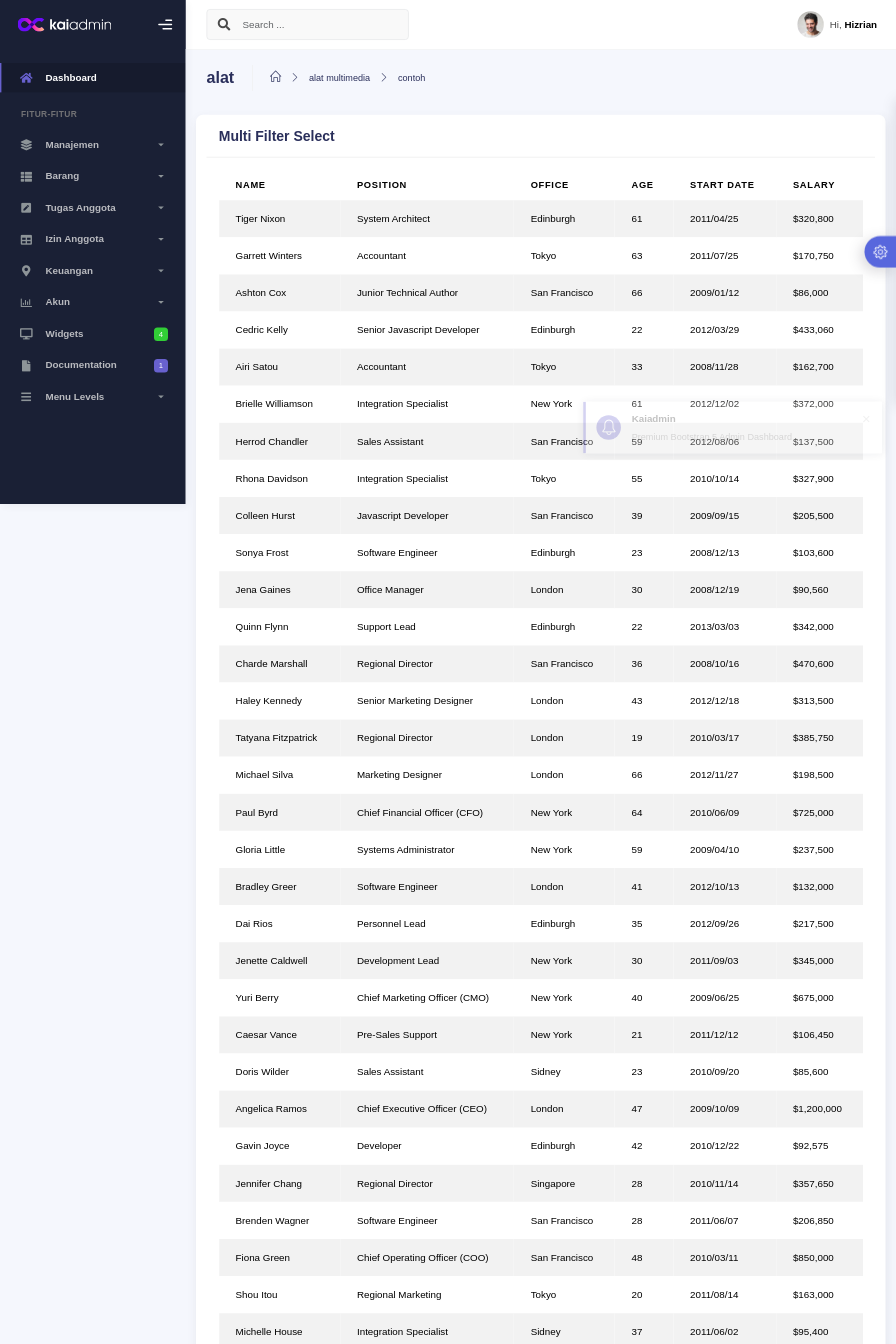
Repository: fatkquladhim/multimedia_laravel
Page: http://localhost/alat
An editor plug-in stored every save of this project. The page is shown before and after the next save, followed by the edit.
The browser window is 1280 px wide. The pictures show the part of the page from y = 0 to 1920 px (the page is 3490 px tall), at 70% of full size.
Some web fonts or font styles are not loaded; a fallback is used. The page is served by the project's Laravel application, run on PHP 8.4 with Laravel 12. Other server files are loaded and not shown.

Above is the page before, as saved 2025-08-16 22:49:34.
Console error: ReferenceError: jsVectorMap is not defined

### routes/web.php
<?php

use Illuminate\Support\Facades\Route;


Route::get('/', function () {
    return view('dashboard.admin');
});
Route::get('/anggota', function () {
    return view('anggota.tampil');
});
Route::get('/laptop', function () {
    return view('laptop.tampil');
});
Route::get('/alat', function () {
    return view('alat.tampil');
});
Route::get('/akses', function () {
    return view('akses.tampil');
});
Route::get('/peminjaman', function () {
    return view('peminjaman.tampil');
});
Route::get('/penyewaan', function () {
    return view('penyewaan.tampil');
});
Route::get('/tugas', function () {
    return view('tugas.tampil');
});
Route::get('/izin_malam', function () {
    return view('izin_malam.tampil');
});
Route::get('/izin_nugas', function () {
    return view('izin_nugas.tampil');
});

### resources/views/layouts/master.blade.php
<!DOCTYPE html>
<html lang="en">
  <head>
    <meta http-equiv="X-UA-Compatible" content="IE=edge" />
    <title>Kaiadmin - Bootstrap 5 Admin Dashboard</title>
    <meta
      content="width=device-width, initial-scale=1.0, shrink-to-fit=no"
      name="viewport"
    />
    <!-- <link
      rel="icon"
      href="assets/img/kaiadmin/favicon.ico"
      type="image/x-icon"
    /> -->

    <!-- Fonts and icons -->
    <script src="{{ asset('js/plugin/webfont/webfont.min.js') }}"></script>
    <script>
      WebFont.load({
        google: { families: ["Public Sans:300,400,500,600,700"] },
        custom: {
          families: [
            "Font Awesome 5 Solid",
            "Font Awesome 5 Regular",
            "Font Awesome 5 Brands",
            "simple-line-icons",
          ],
          urls: ["{{ asset('css/fonts.min.css') }}"],
        },
        active: function () {
          sessionStorage.fonts = true;
        },
      });
    </script>

    <!-- CSS Files -->
    <link rel="stylesheet" href="{{ asset('css/bootstrap.min.css') }}" />
    <link rel="stylesheet" href="{{ asset('css/plugins.min.css') }}" />
    <link rel="stylesheet" href="{{ asset('css/kaiadmin.min.css') }}" />

    <!-- CSS Just for demo purpose, don't include it in your project -->
    <link rel="stylesheet" href="{{ asset('css/demo.css') }}" />
  </head>
  <body>
    <div class="wrapper">
      <!-- Sidebar -->
      @include('partials.sidebar')
      <!-- End Sidebar -->

      <div class="main-panel">
        <div class="main-header">
          <div class="main-header-logo">
            <!-- Logo Header -->
            <div class="logo-header" data-background-color="dark">
              <a href="index.html" class="logo">
                  <img
                    src="{{ asset('img/kaiadmin/logo_light.svg') }}"
                    alt="navbar brand"
                    class="navbar-brand"
                    height="20"
                  />
              </a>
              <div class="nav-toggle">
                <button class="btn btn-toggle toggle-sidebar">
                  <i class="gg-menu-right"></i>
                </button>
                <button class="btn btn-toggle sidenav-toggler">
                  <i class="gg-menu-left"></i>
                </button>
              </div>
              <button class="topbar-toggler more">
                <i class="gg-more-vertical-alt"></i>
              </button>
            </div>
            <!-- End Logo Header -->
          </div>
          <!-- Navbar Header -->
          @include('partials.header')
          <!-- End Navbar -->
        </div>

        <div class="container">
          @yield('content')
        </div>
        {{-- footer --}}
        @include('partials.footer')
      </div>

      <!-- Custom template | don't include it in your project! -->
      <div class="custom-template">
        @include('partials.custom')
      </div>
      <!-- End Custom template -->
    </div>
    <!--   Core JS Files   -->
    <script src="{{ asset('js/core/jquery-3.7.1.min.js') }}"></script>
    <script src="{{ asset('js/core/popper.min.js') }}"></script>
    <script src="{{ asset('js/core/bootstrap.min.js') }}"></script>

    <!-- jQuery Scrollbar -->
    <script src="{{ asset('js/plugin/jquery-scrollbar/jquery.scrollbar.min.js') }}"></script>

    <!-- Chart JS -->
    <script src="{{ asset('js/plugin/chart.js/chart.min.js') }}"></script>

    <!-- jQuery Sparkline -->
    <script src="{{ asset('js/plugin/jquery.sparkline/jquery.sparkline.min.js') }}"></script>

    <!-- Chart Circle -->
    <script src="{{ asset('js/plugin/chart-circle/circles.min.js') }}"></script>

    <!-- Datatables -->
    <script src="{{ asset('js/plugin/datatables/datatables.min.js') }}"></script>

    <!-- Bootstrap Notify -->
    <script src="{{ asset('js/plugin/bootstrap-notify/bootstrap-notify.min.js') }}"></script>

    <!-- Sweet Alert -->
    <script src="{{ asset('js/plugin/sweetalert/sweetalert.min.js') }}"></script>

    <!-- Kaiadmin JS -->
    <script src="{{ asset('js/kaiadmin.min.js') }}"></script>

    <!-- Kaiadmin DEMO methods, don't include it in your project! -->
    <script src="{{ asset('js/setting-demo.js') }}"></script>
    <script src="{{ asset('js/demo.js') }}"></script>
    <script>
      $("#lineChart").sparkline([102, 109, 120, 99, 110, 105, 115], {
        type: "line",
        height: "70",
        width: "100%",
        lineWidth: "2",
        lineColor: "#177dff",
        fillColor: "rgba(23, 125, 255, 0.14)",
      });

      $("#lineChart2").sparkline([99, 125, 122, 105, 110, 124, 115], {
        type: "line",
        height: "70",
        width: "100%",
        lineWidth: "2",
        lineColor: "#f3545d",
        fillColor: "rgba(243, 84, 93, .14)",
      });

      $("#lineChart3").sparkline([105, 103, 123, 100, 95, 105, 115], {
        type: "line",
        height: "70",
        width: "100%",
        lineWidth: "2",
        lineColor: "#ffa534",
        fillColor: "rgba(255, 165, 52, .14)",
      });
    </script>
  </body>
</html>

### resources/views/partials/sidebar.blade.php
<div class="sidebar" data-background-color="dark">
        <div class="sidebar-logo">
          <!-- Logo Header -->
          <div class="logo-header" data-background-color="dark">
            <a href="index.html" class="logo">
              <img
                src="{{ asset('img/kaiadmin/logo_light.svg') }}"
                alt="navbar brand"
                class="navbar-brand"
                height="20"
              />
            </a>
            <div class="nav-toggle">
              <button class="btn btn-toggle toggle-sidebar">
                <i class="gg-menu-right"></i>
              </button>
              <button class="btn btn-toggle sidenav-toggler">
                <i class="gg-menu-left"></i>
              </button>
            </div>
            <button class="topbar-toggler more">
              <i class="gg-more-vertical-alt"></i>
            </button>
          </div>
          <!-- End Logo Header -->
        </div>
        <div class="sidebar-wrapper scrollbar scrollbar-inner">
          <div class="sidebar-content">
            <ul class="nav nav-secondary">
              <li class="nav-item active">
                <a href="{{ url('/') }}">
                  <i class="fas fa-home"></i>
                  <p>Dashboard</p>
                </a>
              </li>
              <li class="nav-section">
                <span class="sidebar-mini-icon">
                  <i class="fa fa-ellipsis-h"></i>
                </span>
                <h4 class="text-section">Fitur-Fitur</h4>
              </li>
              <li class="nav-item">
                <a data-bs-toggle="collapse" href="#base">
                  <i class="fas fa-layer-group"></i>
                  <p>Manajemen</p>
                  <span class="caret"></span>
                </a>
                <div class="collapse" id="base">
                  <ul class="nav nav-collapse">
                    <li>
                      <a href="{{ url('/anggota') }}">
                        <span class="sub-item">Manajemen Anggota</span>
                      </a>
                    </li>
                    <li>
                      <a href="{{ url('/alat') }}">
                        <span class="sub-item">Manajemen Alat</span>
                      </a>
                    </li>
                    <li>
                      <a href="{{ url('/akses') }}">
                        <span class="sub-item">Hak Akses Anggota</span>
                      </a>
                    </li>
                    <li>
                      <a href="{{ url('/laptop') }}">
                        <span class="sub-item">Manajemen Laptop</span>
                      </a>
                    </li>
                  </ul>
                </div>
              </li>
              <li class="nav-item">
                <a data-bs-toggle="collapse" href="#sidebarLayouts">
                  <i class="fas fa-th-list"></i>
                  <p>Barang</p>
                  <span class="caret"></span>
                </a>
                <div class="collapse" id="sidebarLayouts">
                  <ul class="nav nav-collapse">
                    <li>
                      <a href="{{ url('/peminjaman') }}">
                        <span class="sub-item">Peminjaman Barang</span>
                      </a>
                    </li>
                    <li>
                      <a href="{{ url('/penyewaan') }}">
                        <span class="sub-item">Penyewaan Barang</span>
                      </a>
                    </li>
                  </ul>
                </div>
              </li>
              <li class="nav-item">
                <a data-bs-toggle="collapse" href="#forms">
                  <i class="fas fa-pen-square"></i>
                  <p>Tugas Anggota</p>
                  <span class="caret"></span>
                </a>
                <div class="collapse" id="forms">
                  <ul class="nav nav-collapse">
                    <li>
                      <a href="{{ url('/tugas') }}">
                        <span class="sub-item">Tugas</span>
                      </a>
                    </li>
                  </ul>
                </div>
              </li>
              <li class="nav-item">
                <a data-bs-toggle="collapse" href="#tables">
                  <i class="fas fa-table"></i>
                  <p>Izin Anggota</p>
                  <span class="caret"></span>
                </a>
                <div class="collapse" id="tables">
                  <ul class="nav nav-collapse">
                    <li>
                      <a href="{{ url('/izin_malam') }}">
                        <span class="sub-item">Izin Malam</span>
                      </a>
                    </li>
                    <li>
                      <a href="{{ url('/izin_nugas') }}">
                        <span class="sub-item">Izin Nugas</span>
                      </a>
                    </li>
                  </ul>
                </div>
              </li>
              <li class="nav-item">
                <a data-bs-toggle="collapse" href="#maps">
                  <i class="fas fa-map-marker-alt"></i>
                  <p>Keuangan</p>
                  <span class="caret"></span>
                </a>
                <div class="collapse" id="maps">
                  <ul class="nav nav-collapse">
                    <li>
                      <a href="maps/googlemaps.html">
                        <span class="sub-item">Keuangan Multimedia</span>
                      </a>
                    </li>
                  </ul>
                </div>
              </li>
              <li class="nav-item">
                <a data-bs-toggle="collapse" href="#charts">
                  <i class="far fa-chart-bar"></i>
                  <p>Akun</p>
                  <span class="caret"></span>
                </a>
                <div class="collapse" id="charts">
                  <ul class="nav nav-collapse">
                    <li>
                      <a href="charts/charts.html">
                        <span class="sub-item">pengaturan Akun</span>
                      </a>
                    </li>
                  </ul>
                </div>
              </li>
              <li class="nav-item">
                <a href="widgets.html">
                  <i class="fas fa-desktop"></i>
                  <p>Widgets</p>
                  <span class="badge badge-success">4</span>
                </a>
              </li>
              <li class="nav-item">
                <a href="../../documentation/index.html">
                  <i class="fas fa-file"></i>
                  <p>Documentation</p>
                  <span class="badge badge-secondary">1</span>
                </a>
              </li>
              <li class="nav-item">
                <a data-bs-toggle="collapse" href="#submenu">
                  <i class="fas fa-bars"></i>
                  <p>Menu Levels</p>
                  <span class="caret"></span>
                </a>
                <div class="collapse" id="submenu">
                  <ul class="nav nav-collapse">
                    <li>
                      <a data-bs-toggle="collapse" href="#subnav1">
                        <span class="sub-item">Level 1</span>
                        <span class="caret"></span>
                      </a>
                      <div class="collapse" id="subnav1">
                        <ul class="nav nav-collapse subnav">
                          <li>
                            <a href="#">
                              <span class="sub-item">Level 2</span>
                            </a>
                          </li>
                          <li>
                            <a href="#">
                              <span class="sub-item">Level 2</span>
                            </a>
                          </li>
                        </ul>
                      </div>
                    </li>
                    <li>
                      <a data-bs-toggle="collapse" href="#subnav2">
                        <span class="sub-item">Level 1</span>
                        <span class="caret"></span>
                      </a>
                      <div class="collapse" id="subnav2">
                        <ul class="nav nav-collapse subnav">
                          <li>
                            <a href="#">
                              <span class="sub-item">Level 2</span>
                            </a>
                          </li>
                        </ul>
                      </div>
                    </li>
                    <li>
                      <a href="#">
                        <span class="sub-item">Level 1</span>
                      </a>
                    </li>
                  </ul>
                </div>
              </li>
            </ul>
          </div>
        </div>
      </div>

### resources/views/partials/footer.blade.php
<footer class="footer">
    <div class="container-fluid d-flex justify-content-center">
    <div class="copyright">
        2024, made with <i class="fa fa-heart heart text-danger"></i> by
        <a href="http://www.themekita.com">ThemeKita</a>
    </div>
    </div>
</footer>

Loaded but not shown: public/js/plugin/webfont/webfont.min.js (library); public/css/bootstrap.min.css (library); public/css/plugins.min.css (library); public/css/kaiadmin.min.css (library); public/css/fonts.min.css (library); public/js/core/jquery-3.7.1.min.js (library); public/js/core/popper.min.js (library); public/js/core/bootstrap.min.js (library); public/js/plugin/jquery-scrollbar/jquery.scrollbar.min.js (library); public/js/plugin/chart.js/chart.min.js (library); public/js/plugin/jquery.sparkline/jquery.sparkline.min.js (library); public/js/plugin/chart-circle/circles.min.js (library); public/js/plugin/datatables/datatables.min.js (library); public/js/plugin/bootstrap-notify/bootstrap-notify.min.js (library); public/js/plugin/sweetalert/sweetalert.min.js (library); public/js/kaiadmin.min.js (library); public/img/kaiadmin/logo_light.svg (54 lines, source omitted); public/js/demo.js (429 lines, source omitted); public/js/setting-demo.js (105 lines, source omitted); resources/views/alat/tampil.blade.php (521 lines, source omitted); public/css/demo.css (312 lines, source omitted); resources/views/partials/header.blade.php (195 lines, source omitted); resources/views/partials/custom.blade.php (190 lines, source omitted)

After the next save:
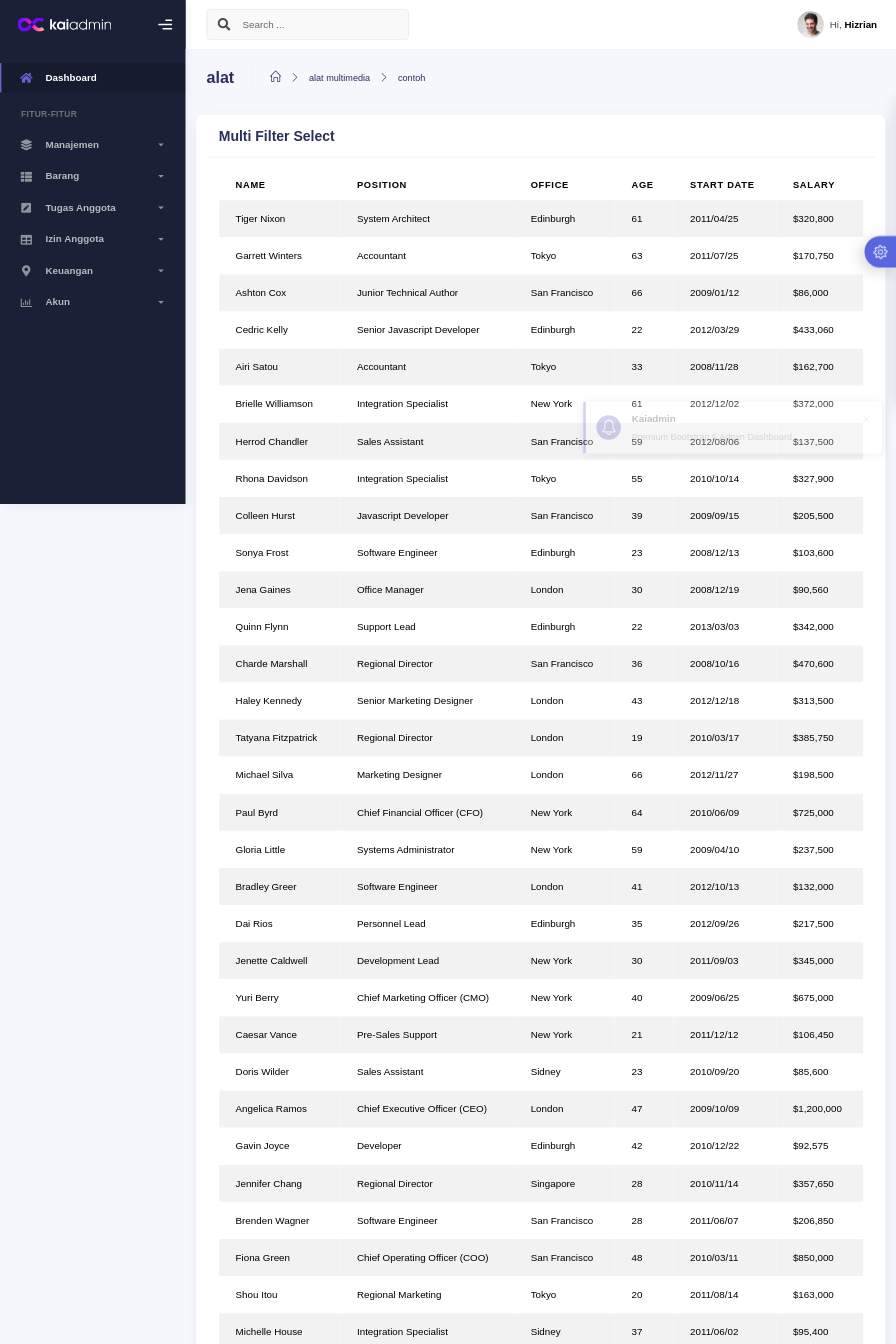
Saved 72 s later.
--- a/resources/views/partials/sidebar.blade.php
+++ b/resources/views/partials/sidebar.blade.php
@@ -160,71 +160,7 @@
                   </ul>
                 </div>
               </li>
-              <li class="nav-item">
-                <a href="widgets.html">
-                  <i class="fas fa-desktop"></i>
-                  <p>Widgets</p>
-                  <span class="badge badge-success">4</span>
-                </a>
-              </li>
-              <li class="nav-item">
-                <a href="../../documentation/index.html">
-                  <i class="fas fa-file"></i>
-                  <p>Documentation</p>
-                  <span class="badge badge-secondary">1</span>
-                </a>
-              </li>
-              <li class="nav-item">
-                <a data-bs-toggle="collapse" href="#submenu">
-                  <i class="fas fa-bars"></i>
-                  <p>Menu Levels</p>
-                  <span class="caret"></span>
-                </a>
-                <div class="collapse" id="submenu">
-                  <ul class="nav nav-collapse">
-                    <li>
-                      <a data-bs-toggle="collapse" href="#subnav1">
-                        <span class="sub-item">Level 1</span>
-                        <span class="caret"></span>
-                      </a>
-                      <div class="collapse" id="subnav1">
-                        <ul class="nav nav-collapse subnav">
-                          <li>
-                            <a href="#">
-                              <span class="sub-item">Level 2</span>
-                            </a>
-                          </li>
-                          <li>
-                            <a href="#">
-                              <span class="sub-item">Level 2</span>
-                            </a>
-                          </li>
-                        </ul>
-                      </div>
-                    </li>
-                    <li>
-                      <a data-bs-toggle="collapse" href="#subnav2">
-                        <span class="sub-item">Level 1</span>
-                        <span class="caret"></span>
-                      </a>
-                      <div class="collapse" id="subnav2">
-                        <ul class="nav nav-collapse subnav">
-                          <li>
-                            <a href="#">
-                              <span class="sub-item">Level 2</span>
-                            </a>
-                          </li>
-                        </ul>
-                      </div>
-                    </li>
-                    <li>
-                      <a href="#">
-                        <span class="sub-item">Level 1</span>
-                      </a>
-                    </li>
-                  </ul>
-                </div>
-              </li>
+
             </ul>
           </div>
         </div>
